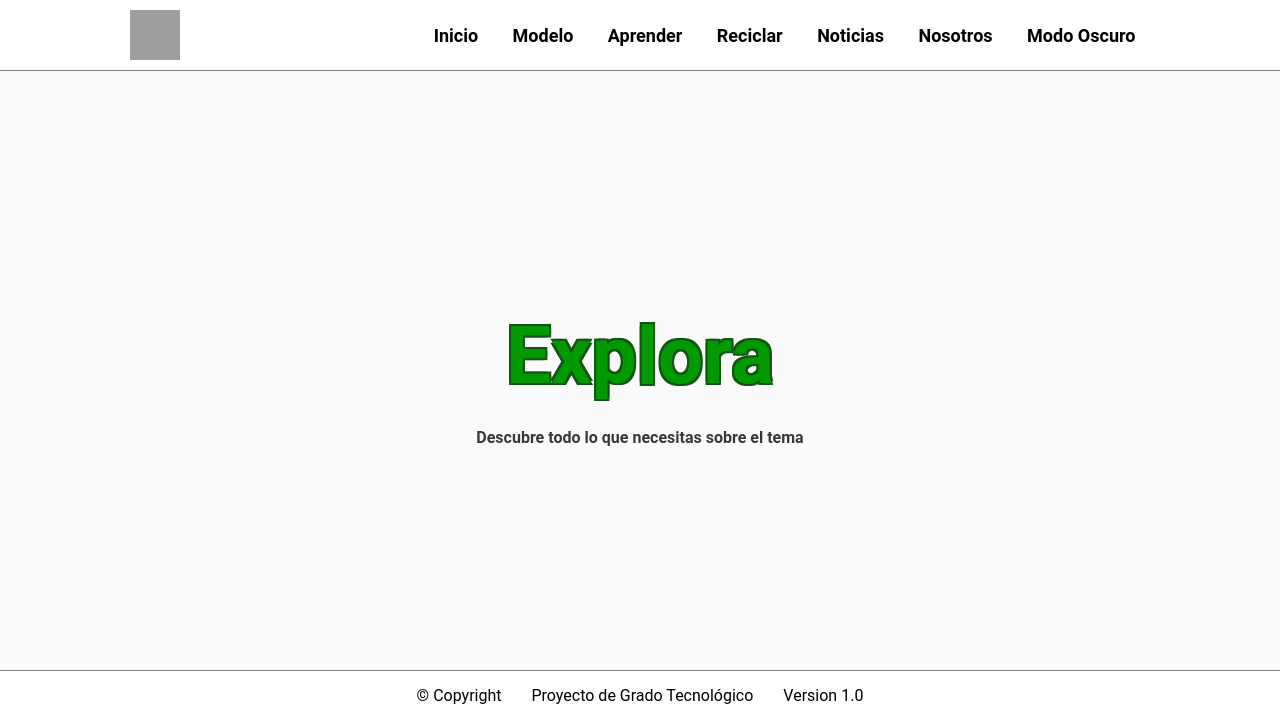
Repository: castecabas/Recicladora
Page: http://localhost/learn
An editor plug-in stored every save of this project. The page is shown before and after the next save, followed by the edit.
The browser window is 1280 px wide. The pictures show the whole page.
Pictures or frames that could not be fetched are drawn as grey boxes. The page is served by the project's application, run on Flask 3 (src/index.py).

Above is the page before, as saved 2025-01-03 18:01:24.

After the next save:
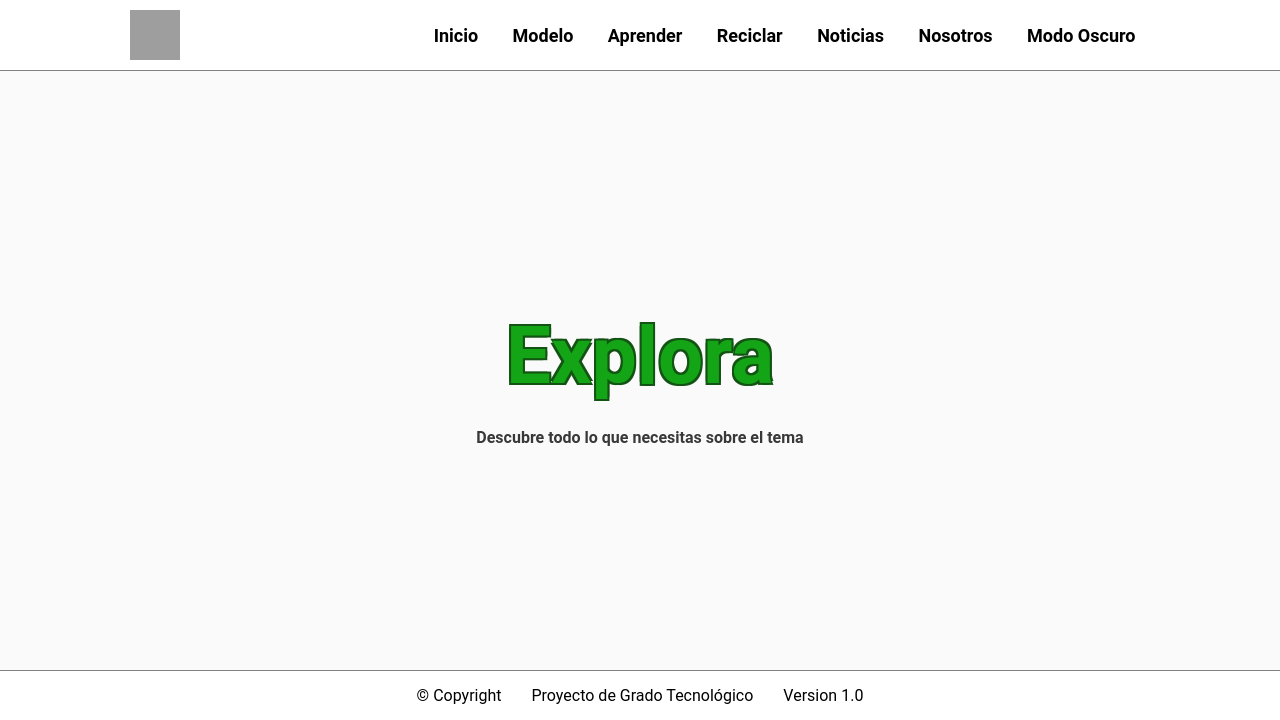
Saved 7 s later.
--- a/src/static/css/learn.css
+++ b/src/static/css/learn.css
@@ -9,7 +9,7 @@ body {
 }
 
 .main-div h1 {
-  color: #009a00;
+  color: var(--verde-600);
   font-size: 500%;
   text-shadow: -2px -2px 0 var(--verde-900), -2px 2px 0 var(--verde-900), 2px -2px 0 var(--verde-900),
     2px 2px 0 var(--verde-900);
